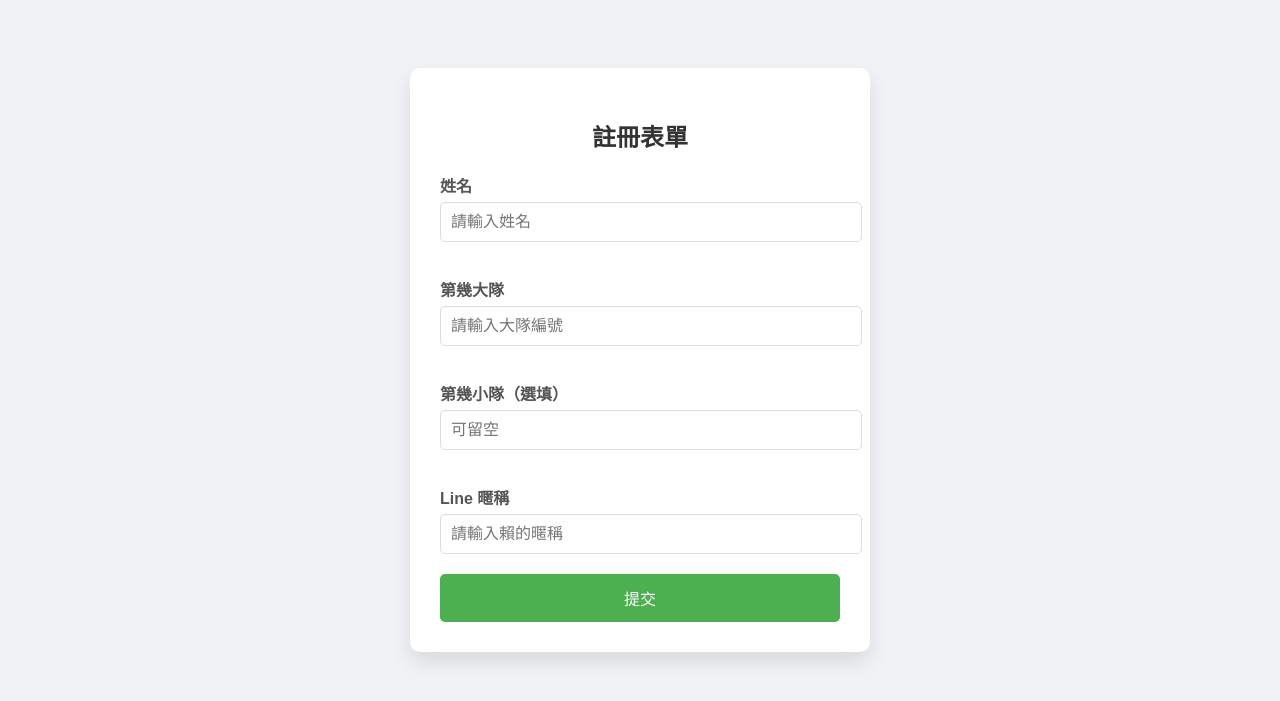
Repository: mommygoose40/register
Page: index.html
These files come from the project's save history. The page is drawn as it stood at one moment and after the next save; the edit follows.
The browser window is 1280 px wide. The pictures show the whole page.

Above is the page before, as saved 2025-11-11 15:23:29.

After the next save:
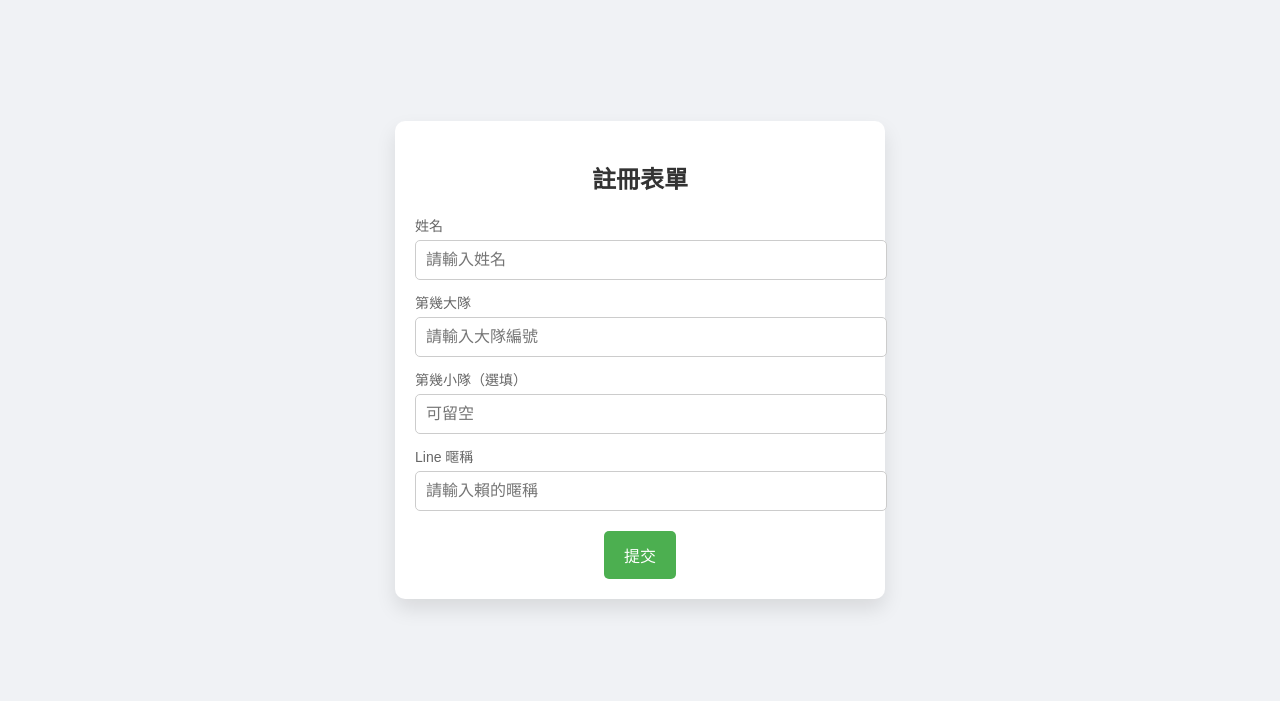
Saved 4 min 43 s later.
--- a/index.html
+++ b/index.html
@@ -5,7 +5,6 @@
   <meta name="viewport" content="width=device-width, initial-scale=1.0">
   <title>防汛志工註冊表單</title>
   <style>
-    /* Global Style */
     body {
       font-family: Arial, sans-serif;
       background-color: #f0f2f5;
@@ -20,8 +19,8 @@
     .form-container {
       background-color: white;
       width: 100%;
-      max-width: 400px;
-      padding: 30px;
+      max-width: 450px;
+      padding: 20px;
       border-radius: 10px;
       box-shadow: 0 10px 20px rgba(0, 0, 0, 0.1);
     }
@@ -29,28 +28,35 @@
     h2 {
       text-align: center;
       color: #333;
+      font-size: 24px;
+      margin-bottom: 20px;
     }
 
     label {
       display: block;
-      font-weight: bold;
-      margin-top: 15px;
-      color: #555;
+      margin-top: 12px;
+      font-size: 14px;
+      color: #666;
     }
 
-    input[type="text"], input[type="number"] {
+    input[type="text"],
+    input[type="number"] {
       width: 100%;
       padding: 10px;
       margin-top: 5px;
-      margin-bottom: 20px;
       border-radius: 5px;
-      border: 1px solid #ddd;
+      border: 1px solid #ccc;
       font-size: 16px;
     }
 
+    .button-group {
+      display: flex;
+      justify-content: center;
+      margin-top: 20px;
+    }
+
     button {
-      width: 100%;
-      padding: 12px;
+      padding: 12px 20px;
       background-color: #4CAF50;
       color: white;
       font-size: 16px;
@@ -68,7 +74,7 @@
 
   <div class="form-container">
     <h2>註冊表單</h2>
-    <form action="#">
+    <form action="#" method="post">
       <label for="name">姓名</label>
       <input type="text" id="name" name="name" placeholder="請輸入姓名" required>
 
@@ -81,7 +87,9 @@
       <label for="lineName">Line 暱稱</label>
       <input type="text" id="lineName" name="lineName" placeholder="請輸入賴的暱稱" required>
 
-      <button type="submit">提交</button>
+      <div class="button-group">
+        <button type="submit">提交</button>
+      </div>
     </form>
   </div>
 
